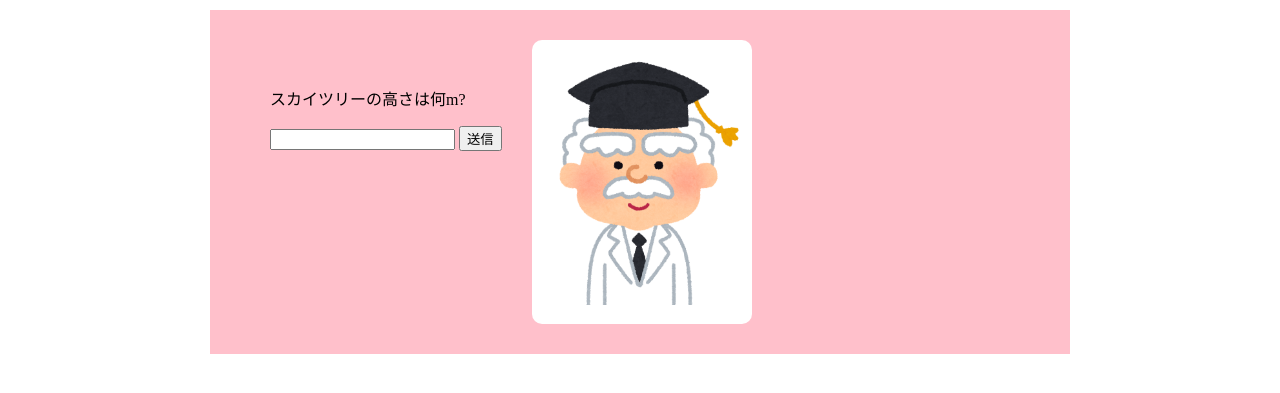
Repository: cshm225/jsplesson
Page: http://localhost/quiz/
The author's editor kept a copy of each file at every save. The page is drawn from the files as they stood at one save, then again after the next save.
The browser window is 1280 px wide. The pictures show the whole page.
The page is served by Tomcat 9.

Above is the page before, as saved 2022-05-25 05:01:26.

### quiz/WebContent/index.html
<!DOCTYPE html>
<html>
<head>
<meta charset="UTF-8">
<title>Quiz</title>
<link rel="stylesheet" href="/quiz/css/main.css">
</head>
<body>
<div id="container">
	<div id="boxA">
		<p>スカイツリーの高さは何m?</p>
		<form action="/quiz/result" method="post" >
		<input type="text" name="ans">
		<input type="submit" value="送信">
</form>
	</div>
	<div id="boxB">
		<div class=imgbox>
			<img src="/quiz/images/smile.png">
		</div>
	</div>
</div>
</body>
</html>

### quiz/WebContent/css/main.css
@charset "UTF-8";
#container{
	width:800px;
	margin:10px auto;
	background:pink;
	display:flex;
	padding:30px;
}
#boxA{
	margin:30px;
}
#boxB .imgbox{
	border-radius:10px;
	overflow:hiden;
	width:200px;

	background:#fff;
	padding:18px 10px 15px;
}
#boxB .imgbox img{
	width:100%;
}

After the next save:
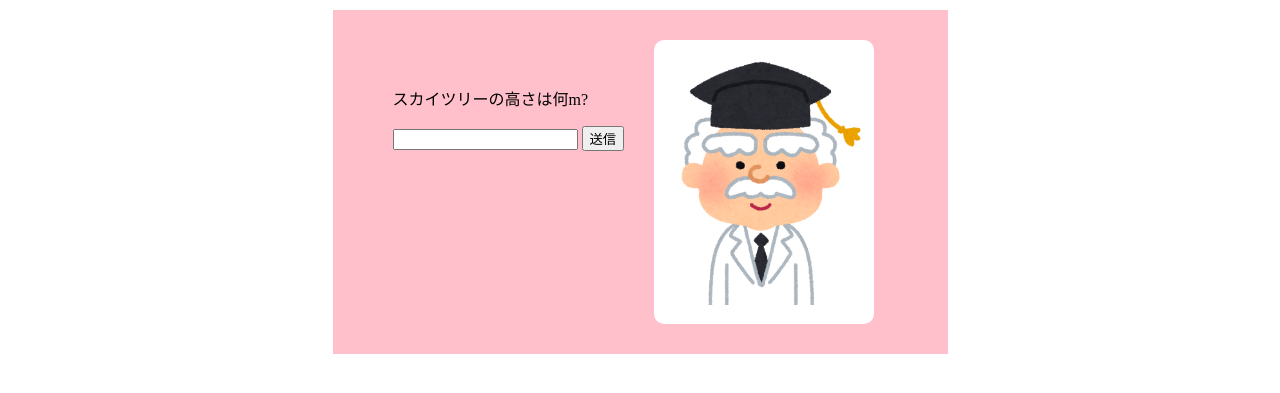
Saved 37 s later.
--- a/quiz/WebContent/css/main.css
+++ b/quiz/WebContent/css/main.css
@@ -1,6 +1,6 @@
 @charset "UTF-8";
 #container{
-	width:800px;
+	width:555px;
 	margin:10px auto;
 	background:pink;
 	display:flex;
